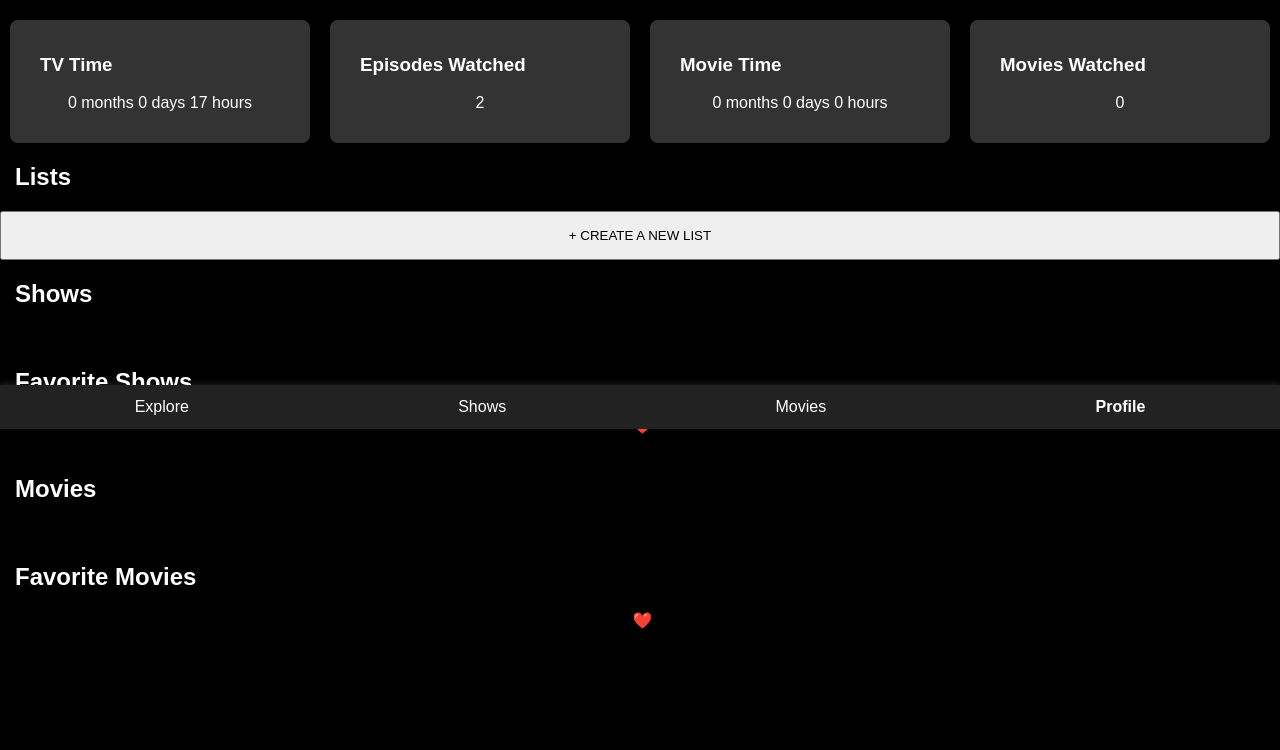
Repository: carson-jenkins-5/tracktv
Page: tracktv/frontend/profile.html
An editor plug-in stored every save of this project. The page is shown before and after the next save, followed by the edit.
The browser window is 1280 px wide. The pictures show the part of the page from y = 291 to 1041 px (the page is 1041 px tall before and 1039 px after).
The page's requests for data from a server got no answer.

Above is the page before, as saved 2025-03-14 23:40:00.

### tracktv/frontend/profile.html
<!DOCTYPE html>
<html lang="en">
<head>
    <meta charset="UTF-8">
    <meta name="viewport" content="width=device-width, initial-scale=1.0">
    <title>Profile</title>
    <link rel="stylesheet" href="styles.css">
    <style>
        .profile-header {
            background-image: url('assets/profile-background.jpg'); /* Example background image */
            text-align: center;
            padding: 20px;
        }
        .profile-picture {
            width: 150px; /* Larger profile picture */
            height: 150px; /* Larger profile picture */
            border-radius: 50%; /* Circular profile picture */
            margin-bottom: 10px;
        }
        .username {
            font-size: 24px; /* Adjusted font size */
            margin: 10px 0;
        }
        .edit-profile {
            padding: 10px 20px; /* Adjusted padding */
            cursor: pointer;
        }
        .stats-container {
            display: flex; /* Flex container for stats */
            justify-content: space-between; /* Even spacing */
            margin: 20px 0; /* Spacing between sections */
        }
        .stat-box {
            background-color: #333; /* Darker background */
            color: white; /* Text color */
            border-radius: 8px; /* Rounded corners */
            padding: 15px; /* Consistent padding */
            flex: 1; /* Flex item */
            margin: 0 10px; /* Margin between boxes */
            text-align: center; /* Center text */
        }
        .lists-container, .favorites-container {
            margin: 20px 0; /* Spacing between sections */
        }
        .create-list {
            width: 100%; /* Full-width button */
            padding: 15px; /* Proper padding */
            cursor: pointer;
        }
        .favorites-carousel {
            display: flex; /* Horizontal layout for carousel */
            overflow-x: auto; /* Horizontally scrollable */
            padding: 10px 0; /* Padding for carousel */
        }
        .heart-icon {
            margin-left: 5px; /* Space between text and icon */
        }
        button {
            transition: background-color 0.3s; /* Hover effect */
        }
        button:hover {
            background-color: #555; /* Darker on hover */
        }
    </style>
</head>
<body>

    <!-- Profile Header -->
    <div class="profile-header">
        <div class="profile-info">
            <img src="assets/profile-placeholder.png" alt="Profile Picture" class="profile-picture">
            <h2 class="username">Carson Jenkins</h2>
            <button class="edit-profile">EDIT</button>
        </div>
    </div>

    <!-- Stats Section -->
    <div class="stats-container">
        <div class="stat-box">
            <h3>TV Time</h3>
            <p>0 months 0 days 17 hours</p>
        </div>
        <div class="stat-box">
            <h3>Episodes Watched</h3>
            <p>2</p>
        </div>
        <div class="stat-box">
            <h3>Movie Time</h3>
            <p>0 months 0 days 0 hours</p>
        </div>
        <div class="stat-box">
            <h3>Movies Watched</h3>
            <p>0</p>
        </div>
    </div>

    <!-- Lists Section -->
    <div class="lists-container">
        <h2>Lists</h2>
        <button class="create-list">+ CREATE A NEW LIST</button>
    </div>

    <!-- Shows Section -->
    <div class="favorites-container">
        <h2>Shows</h2>
        <div class="favorites-carousel" id="profile-shows"></div>
    </div>

    <!-- Favorite Shows Section -->
    <div class="favorites-container">
        <div class="favorite-header">
            <h2>Favorite Shows</h2>
            <span class="heart-icon">❤️</span>
        </div>
        <div class="favorites-carousel" id="favorite-shows"></div>
    </div>

    <!-- Movies Section -->
    <div class="favorites-container">
        <h2>Movies</h2>
        <div class="favorites-carousel" id="profile-movies"></div>
    </div>

    <!-- Favorite Movies Section -->
    <div class="favorites-container">
        <div class="favorite-header">
            <h2>Favorite Movies</h2>
            <span class="heart-icon">❤️</span>
        </div>
        <div class="favorites-carousel" id="favorite-movies"></div>
    </div>

    <!-- Navbar -->
    <nav class="navbar">
        <button onclick="window.location.href='index.html'">Explore</button>
        <button onclick="window.location.href='shows.html'">Shows</button>
        <button onclick="window.location.href='movies.html'">Movies</button>
        <button class="active">Profile</button>
    </nav>

    <script src="script.js"></script>
</body>

### tracktv/frontend/styles.css
/* Global Styles */
body {
    font-family: Arial, sans-serif;
    background-color: black;
    color: white;
    margin: 0;
    padding: 0;
    text-align: center;
    padding-bottom: 80px;
}

h2, h3 {
    text-align: left;
    padding-left: 15px; /* Adds slight padding for better spacing */
}

/* Search Bar */
.search-bar-container {
    position: fixed;
    top: 0;
    left: 0;
    width: 100%;
    background-color: black;
    z-index: 1000;
    display: flex;
    align-items: center;
    justify-content: center;
    padding: 12px;
    box-shadow: 0px 2px 5px rgba(255, 255, 255, 0.1);
}
.search-bar {
    flex-grow: 1;
    max-width: 80%;
    padding: 10px;
    border-radius: 20px;
    font-size: 16px;
    border: 1px solid rgba(255, 255, 255, 0.3);
    background-color: #222;
    color: white;
    outline: none;
}

/* Cancel Button */
#cancel-btn {
    background: none;
    border: none;
    color: #008CDA;
    font-size: 16px;
    font-weight: bold;
    margin-left: 12px;
    cursor: pointer;
    transition: color 0.3s ease;
}
#cancel-btn:hover {
    color: #00aaff;
}

/* Search Results */
#search-results {
    width: 90%;
    background-color: #000;
    margin: 10px auto;
    border-radius: 8px;
    overflow-y: auto;
    padding: 10px;
}
.search-item {
    display: flex;
    align-items: center;
    padding: 12px;
    border-bottom: 1px solid rgba(255, 255, 255, 0.3);
}
.search-item img {
    width: 60px;
    height: 90px;
    border-radius: 5px;
    margin-right: 15px;
}
.search-info {
    flex-grow: 1;
}
.search-title {
    color: white;
    font-size: 16px;
    font-weight: bold;
    margin: 0;
}
.search-subtitle {
    color: rgba(255, 255, 255, 0.6);
    font-size: 14px;
    margin: 3px 0;
}

/* Add Button */
.add-button {
    background-color: #008CDA;
    color: white;
    border: none;
    font-size: 18px;
    font-weight: bold;
    width: 36px;
    height: 36px;
    border-radius: 50%;
    cursor: pointer;
    display: flex;
    align-items: center;
    justify-content: center;
}

/* Carousel */
.carousel {
    display: flex;
    overflow-x: auto;
    gap: 10px;
    padding: 10px;
}

/* Navbar */
.navbar, .bottom-nav {
    position: fixed;
    bottom: 0;
    width: 100%;
    background-color: #222;
    display: flex;
    justify-content: space-around;
    padding: 12px 0;
    box-shadow: 0px -2px 5px rgba(255, 255, 255, 0.1);
    z-index: 1000;
}
.navbar button, .bottom-nav button {
    background: none;
    border: none;
    color: white;
    font-size: 16px;
    cursor: pointer;
}
.navbar button.active, .bottom-nav button.active {
    font-weight: bold;
}

/* Tabs */
.tabs {
    display: flex;
    justify-content: center;
    padding: 10px;
    background: black;
    border-bottom: 2px solid white;
}
.tabs span {
    margin: 0 15px;
    padding: 5px 0;
    font-size: 16px;
    color: rgba(255, 255, 255, 0.7);
    cursor: pointer;
}
.tabs .active {
    border-bottom: 2px solid white;
    color: white;
}

/* Empty Watchlist */
.empty-state {
    text-align: center;
    padding: 50px 20px;
}
.empty-state img {
    width: 120px;
    margin-bottom: 15px;
}
.empty-state h2 {
    font-size: 20px;
    margin-bottom: 5px;
}
.empty-state p {
    font-size: 14px;
    color: rgba(255, 255, 255, 0.6);
    margin-bottom: 15px;
}
.empty-state button {
    background-color: #008CDA;
    color: white;
    padding: 10px 20px;
    border: none;
    font-size: 16px;
    cursor: pointer;
    border-radius: 5px;
}

/* Watchlist */
#watchlist-container {
    padding: 20px;
    text-align: left;
}
.watchlist-item {
    display: flex;
    align-items: center;
    padding: 15px;
    border-bottom: 1px solid rgba(255, 255, 255, 0.2);
}
.watchlist-item img {
    width: 80px;
    height: 120px;
    border-radius: 5px;
    margin-right: 15px;
}
.watchlist-info {
    flex-grow: 1;
}
.watchlist-title {
    font-size: 18px;
    font-weight: bold;
    margin: 0;
}
.watchlist-subtitle {
    font-size: 14px;
    color: rgba(255, 255, 255, 0.6);
}
.watchlist-actions {
    display: flex;
    align-items: center;
}

/* Buttons */
.watch-button,
.remove-button {
    background: none;
    border: none;
    color: white;
    font-size: 18px;
    cursor: pointer;
    padding: 5px 10px;
}
.browse-button {
    background-color: #008CDA;
    color: white;
    padding: 10px 20px;
    border: none;
    font-size: 16px;
    cursor: pointer;
    border-radius: 5px;
    margin-top: 20px;
}

/* Media Items */
.show-item {
    position: relative;
    width: 150px; /* Ensure consistent width */
    flex-shrink: 0; /* Prevent items from collapsing */
}
.show-item img {
    width: 100%;
    border-radius: 5px;
    display: block;
}

/* Add button */
.explore-add-button {
    position: absolute;
    top: 5px;
    right: 5px;
    width: 28px;
    height: 28px;
    background-color: #008CDA;
    color: white;
    font-size: 18px;
    font-weight: bold;
    border: none;
    border-radius: 50%;
    cursor: pointer;
    display: flex;
    align-items: center;
    justify-content: center;
    opacity: 0.85;
    transition: opacity 0.3s;
}
.explore-add-button:hover {
    opacity: 1;
}

/* Options Menu */
.menu-button {
    background: none;
    border: none;
    color: white;
    font-size: 20px;
    cursor: pointer;
    padding: 5px;
}
.menu-dropdown {
    display: none;
    position: absolute;
    right: 0;
    background: rgba(50, 50, 50, 0.9);
    border-radius: 5px;
    overflow: hidden;
    box-shadow: 0 2px 10px rgba(0, 0, 0, 0.2);
}
.menu-dropdown.show {
    display: block;
}
.menu-dropdown button {
    background: none;
    border: none;
    color: white;
    padding: 10px 15px;
    width: 100%;
    text-align: left;
    font-size: 14px;
    cursor: pointer;
}
.menu-dropdown button:hover {
    background: rgba(255, 255, 255, 0.1);
.watchlist-dropdown button:hover {
}

/* Profile Page Styles */
.profile-header {
    position: relative;
    height: 250px;
    background: url('assets/profile-bg.jpg') center/cover no-repeat;
    display: flex;
    flex-direction: column;
    align-items: center;
    justify-content: center;
    text-align: center;
    color: white;
}
.profile-picture {
    width: 120px;
    height: 120px;
    border-radius: 50%;
    border: 3px solid white;
    margin-bottom: 10px;
}
.username {
    font-size: 24px;
    font-weight: bold;
    margin-bottom: 5px;
}
.edit-profile {
    background: rgba(255, 255, 255, 0.2);
    color: white;
    border: none;
    padding: 8px 15px;
    border-radius: 5px;
    cursor: pointer;
    font-size: 14px;
}

/* Stats Section */
.stats-container {
    display: flex;
    justify-content: space-around;
    padding: 20px;
    text-align: center;
}
.stat-box {
    background: rgba(255, 255, 255, 0.1);
    padding: 15px;
    border-radius: 10px;
    min-width: 80px;
    text-align: center;
}
.stat-box h3 {
    font-size: 14px;
    margin-bottom: 5px;
}
.stat-box p {
    font-size: 16px;
    font-weight: bold;
}

/* Lists & Favorites */
.lists-container, .favorites-container {
    margin: 40px 20px;
}
.lists-container h2,
.favorites-container h2 {
    font-size: 18px;
    margin-bottom: 10px;
    text-align: left;
}
.create-list {
    background: rgba(255, 255, 255, 0.2);
    color: white;
    border: none;
    padding: 10px;
    border-radius: 5px;
    width: 100%;
    cursor: pointer;
}
.favorites-carousel {
    display: flex;
    overflow-x: auto;
    gap: 10px;
    padding: 10px 0;
    white-space: nowrap;
}
.favorites-carousel img {
    width: 100px;
    border-radius: 5px;
}

/* Favorite Headers */
.favorite-header {
    display: flex;
    align-items: center;
    justify-content: space-between;
    padding: 10px 0;
}
.favorite-header .heart-icon {
    color: red;
    font-size: 18px;
    margin-right: 5px;
}

/* New Shows and Movies Section */
.shows-section, .movies-section {
    margin: 20px 0;
    padding: 10px;
    background-color: #222;
    border-radius: 8px;
}
.shows-section h2, .movies-section h2 {
    font-size: 18px;
    color: white;
    margin-bottom: 10px;
}
.shows-carousel, .movies-carousel {
    display: flex;
    overflow-x: auto;
    gap: 10px;
    padding: 10px 0;
}
.show-item, .movie-item {
    position: relative;
    width: 150px; /* Ensure consistent width */
    flex-shrink: 0; /* Prevent items from collapsing */
}
.show-item img, .movie-item img {
    width: 100%;
    border-radius: 5px;
    display: block;
}

### tracktv/frontend/script.js
document.addEventListener("DOMContentLoaded", async function () {
    const trendingShowsContainer = document.getElementById("trending-shows");
    const trendingMoviesContainer = document.getElementById("trending-movies");
    const searchInput = document.getElementById("search-input");
    const searchForm = document.getElementById("search-form");
    const cancelBtn = document.getElementById("cancel-btn");
    const navbar = document.getElementById("navbar");

    //  Load Trending Shows
    if (trendingShowsContainer) {
        try {
            const trendingShows = await fetchTrendingShows();
            trendingShows.forEach(show => {
                const div = document.createElement("div");
                div.classList.add("media-container");

                div.innerHTML = `
                    <img src="https://image.tmdb.org/t/p/w200${show.poster_path}" alt="${show.name}">
                    <button class="add-button" onclick="addToWatchlist('${show.id}', '${show.name}', '${show.poster_path}', 'show')">+</button>
                `;

                trendingShowsContainer.appendChild(div);
            });
        } catch (error) {
            console.error("Error fetching trending shows:", error);
        }
    }

    //  Load Trending Movies
    if (trendingMoviesContainer) {
        try {
            const trendingMovies = await fetchTrendingMovies();
            trendingMovies.forEach(movie => {
                const div = document.createElement("div");
                div.classList.add("media-container");

                div.innerHTML = `
                    <img src="https://image.tmdb.org/t/p/w200${movie.poster_path}" alt="${movie.title}">
                    <button class="add-button" onclick="addToWatchlist('${movie.id}', '${movie.title}', '${movie.poster_path}', 'movie')">+</button>
                `;

                trendingMoviesContainer.appendChild(div);
            });
        } catch (error) {
            console.error("Error fetching trending movies:", error);
        }
    }

    //  Handle Search (Submit Button & Enter Key)
    function handleSearch() {
        const query = searchInput.value.trim();
        if (query.length > 0) {
            window.location.href = `search.html?q=${encodeURIComponent(query)}`;
        }
    }

    if (searchForm) {
        searchForm.addEventListener("submit", function (e) {
            e.preventDefault();
            handleSearch();
        });
    }

    if (searchInput) {
        searchInput.addEventListener("keydown", function (event) {
            if (event.key === "Enter") {
                event.preventDefault();
                handleSearch();
            }
        });
    }

    //  Cancel Button: Go Back
    if (cancelBtn) {
        cancelBtn.addEventListener("click", function () {
            window.history.back();
        });
    }

    //  Navbar Navigation
    if (navbar) {
        navbar.addEventListener("click", function (e) {
            const targetPage = e.target.getAttribute("data-page");
            if (targetPage) {
                window.location.href = `${targetPage}.html`;
            }
        });
    }

    // Load Profile Watchlist
    async function loadProfileWatchlist() {
        try {
            const response = await fetch("/backend/watchlist");
            const watchlist = await response.json();

            const showsContainer = document.getElementById("profile-shows");
            const moviesContainer = document.getElementById("profile-movies");

            showsContainer.innerHTML = "";
            moviesContainer.innerHTML = "";

            watchlist.forEach(item => {
                const div = document.createElement("div");
                div.classList.add("watchlist-item");

                div.innerHTML = `
                    <img src="${item.image}" alt="${item.title}">
                `;

                if (item.type === "show") {
                    showsContainer.appendChild(div);
                } else if (item.type === "movie") {
                    moviesContainer.appendChild(div);
                }
            });
        } catch (error) {
            console.error("Error loading profile watchlist:", error);
        }
    }

    // Ensure the function runs on profile page load
    if (document.getElementById("profile-shows") && document.getElementById("profile-movies")) {
        loadProfileWatchlist();
    }
});

//  Function to Add to Watchlist
async function addToWatchlist(id, title, posterPath, type) {
    const media = { id, title, image: `https://image.tmdb.org/t/p/w200${posterPath}`, type };

    try {
        const response = await fetch("/backend/watchlist", {
            method: "POST",
            headers: { "Content-Type": "application/json" },
            body: JSON.stringify(media),
        });

        if (response.ok) {
            alert(`${title} added to watchlist!`);
        } else {
            alert("Already in watchlist or error occurred.");
        }
    } catch (error) {
        console.error("Error adding to watchlist:", error);
    }
}

//  Fetch Trending Shows
async function fetchTrendingShows() {
    const response = await fetch("https://api.themoviedb.org/3/tv/popular?api_key=68d6cd9baadb236523ec6497d0e352a5");
    const data = await response.json();
    return data.results.map(show => ({
        id: show.id,
        name: show.name,
        poster_path: show.poster_path
    }));
}

//  Fetch Trending Movies
async function fetchTrendingMovies() {
    const response = await fetch("https://api.themoviedb.org/3/movie/popular?api_key=68d6cd9baadb236523ec6497d0e352a5");
    const data = await response.json();
    return data.results.map(movie => ({
        id: movie.id,
        title: movie.title,
        poster_path: movie.poster_path
    }));
}

After the next save:
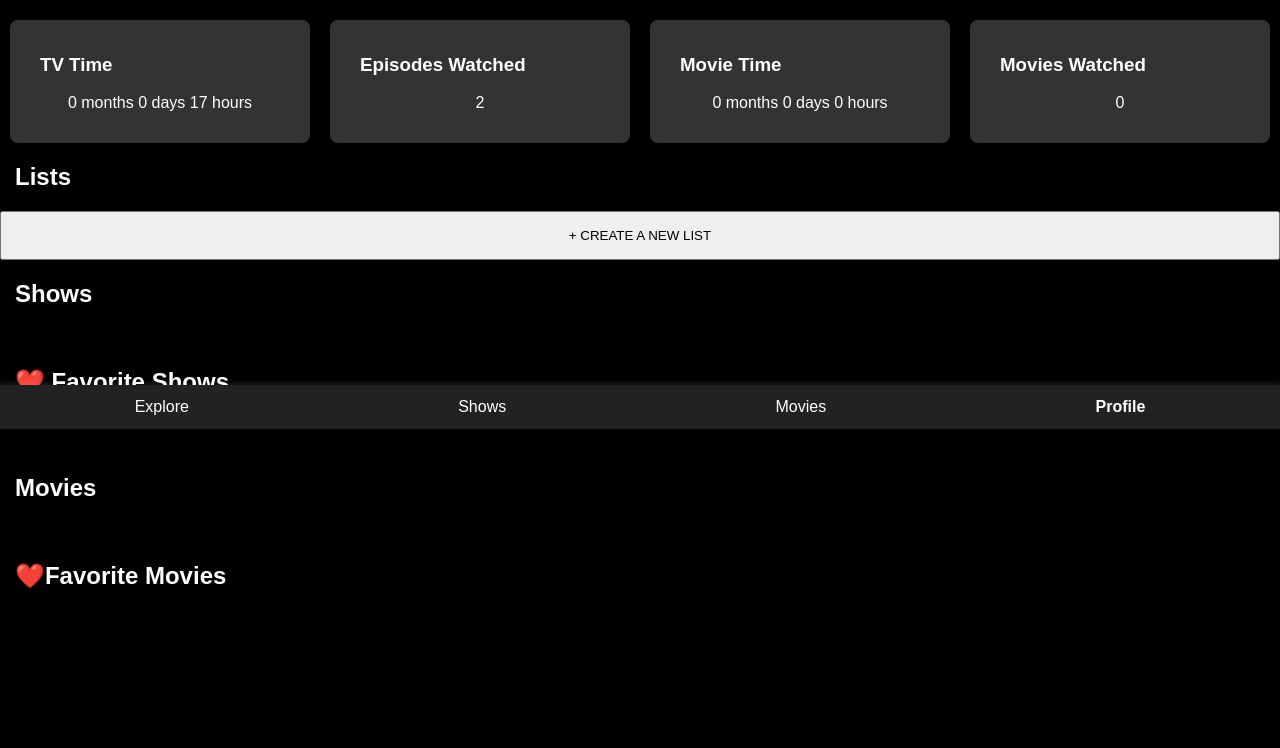
Saved 42 s later.
--- a/tracktv/frontend/profile.html
+++ b/tracktv/frontend/profile.html
@@ -109,8 +109,8 @@
     <!-- Favorite Shows Section -->
     <div class="favorites-container">
         <div class="favorite-header">
-            <h2>Favorite Shows</h2>
-            <span class="heart-icon">❤️</span>
+            <h2>❤️ Favorite Shows</h2>
+            <span class="heart-icon"></span>
         </div>
         <div class="favorites-carousel" id="favorite-shows"></div>
     </div>
@@ -124,8 +124,8 @@
     <!-- Favorite Movies Section -->
     <div class="favorites-container">
         <div class="favorite-header">
-            <h2>Favorite Movies</h2>
-            <span class="heart-icon">❤️</span>
+            <h2>❤️Favorite Movies</h2>
+            <span class="heart-icon"></span>
         </div>
         <div class="favorites-carousel" id="favorite-movies"></div>
     </div>
